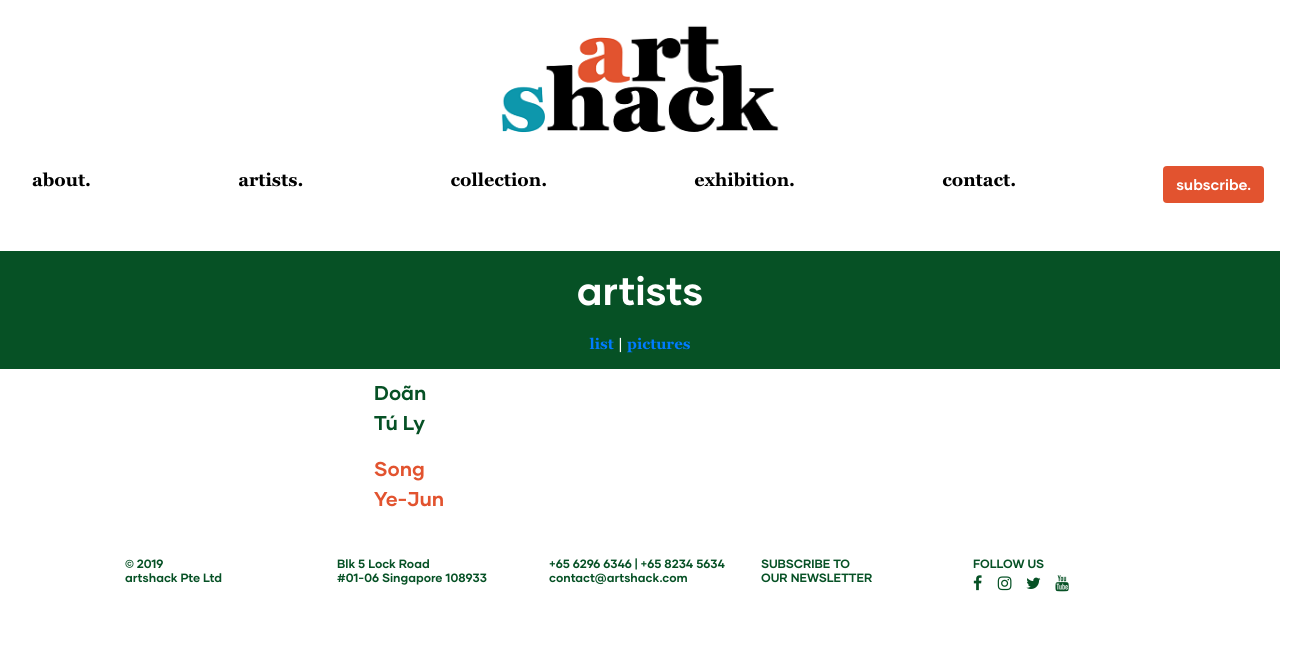
Repository: lynette-lyf/artshack
Page: artists-list.html
The author's editor kept a record of every edit. The page is drawn from the files as they stood at one moment, then again after the next edit.
The browser window is 1280 px wide. The page is 1295 px wide, so the pictures cover 1295 px, including what lies to the right of the window. The pictures show the whole page.

Above is the page before.
Not found: artists.css

### artists-list.html
<!doctype html>
<html lang="en">

<head>
  <!-- Required meta tags -->
  <meta charset="utf-8">
  <meta name="viewport" content="width=device-width, initial-scale=1, shrink-to-fit=no">

  <!-- Bootstrap CSS -->
  <link rel="stylesheet" href="https://stackpath.bootstrapcdn.com/bootstrap/4.3.1/css/bootstrap.min.css" integrity="sha384-ggOyR0iXCbMQv3Xipma34MD+dH/1fQ784/j6cY/iJTQUOhcWr7x9JvoRxT2MZw1T" crossorigin="anonymous">
  <link rel="stylesheet" href="artists.css" />
  <link rel="stylesheet" href="https://cdnjs.cloudflare.com/ajax/libs/font-awesome/4.7.0/css/font-awesome.min.css">
  <link href="https://unpkg.com/aos@2.3.1/dist/aos.css" rel="stylesheet">
  <title>artshack</title>

  <style>
/* font converted using font-converter.net. thank you! */
@font-face {
  font-family: "Georgia-Bold";
  src: url("./fonts/georgiab.eot"); /* IE9 Compat Modes */
  src: url("./fonts/georgiab.eot?#iefix") format("embedded-opentype"), /* IE6-IE8 */
    url("./fonts/georgiab.otf") format("opentype"), /* Open Type Font */
    url("./fonts/georgiab.svg") format("svg"), /* Legacy iOS */
    url("./fonts/georgiab.ttf") format("truetype"), /* Safari, Android, iOS */
    url("./fonts/georgiab.woff") format("woff"), /* Modern Browsers */
    url("./fonts/georgiab.woff2") format("woff2"); /* Modern Browsers */
  font-weight: normal;
  font-style: normal;
}


/* font converted using font-converter.net. thank you! */
@font-face {
  font-family: "GilmerBold";
  src: url("./fonts/GilmerBold.eot"); /* IE9 Compat Modes */
  src: url("./fonts/GilmerBold.eot?#iefix") format("embedded-opentype"), /* IE6-IE8 */
    url("./fonts/GilmerBold.otf") format("opentype"), /* Open Type Font */
    url("./fonts/GilmerBold.svg") format("svg"), /* Legacy iOS */
    url("./fonts/GilmerBold.ttf") format("truetype"), /* Safari, Android, iOS */
    url("./fonts/GilmerBold.woff") format("woff"), /* Modern Browsers */
    url("./fonts/GilmerBold.woff2") format("woff2"); /* Modern Browsers */
  font-weight: normal;
  font-style: normal;
}

    .logo {
      width: 280px;
    }

    /*Custom BootStrap4 CSS Styling credits to Saranya Rajendran @ https://stackoverflow.com/questions/49400853/how-to-change-navbar-hover-color-on-bootstrap-4/49405726*/

    .navbar-light .navbar-brand {
      color: black;
    }

    .navbar-light .navbar-nav .active>.nav-link,
    .navbar-light .navbar-nav .nav-link.active,
    .navbar-light .navbar-nav .nav-link.show,
    .navbar-light .navbar-nav .show>.nav-link {
      color: black;
    }

    .navbar-light .navbar-nav .nav-link {
      color: black;
    }

    .navbar-light .navbar-nav .nav-link-about,
    .navbar-light .navbar-nav .nav-link-artists,
    .navbar-light .navbar-nav .nav-link-collection,
    .navbar-light .navbar-nav .nav-link-exhibition,
    .navbar-light .navbar-nav .nav-link-contact {
      color: black;
    }

    .navbar-light .navbar-nav .nav-link-about:hover,
    .navbar-light .navbar-nav .nav-link-contact:hover {
      color: rgb(13, 151, 172) !important;
      text-decoration: none;
    }

    .navbar-light .navbar-nav .nav-link-artists:hover {
      color: rgb(6, 81, 37) !important;
      text-decoration: none;
    }

    .navbar-light .navbar-nav .nav-link-collection:hover {
      color: rgb(221, 160, 51) !important;
      text-decoration: none;
    }

    .navbar-light .navbar-nav .nav-link-exhibition:hover {
      color: rgb(226, 83, 47) !important;
      text-decoration: none;
    }

    .navbar ul {
      display: flex;
      align-items: stretch;
      /* Default */
      justify-content: space-between;
      width: 100%;
      background: #fff;
      margin: 0;
      padding: 0;
    }

    .navbar li {
      display: block;
      flex: 0 1 auto;
      /* Default */
      list-style-type: none;
      background: #fff;
    }

    .navbar .nav-item-subscribe {
      color: white;
    }

    .navbar {
      font-family: Georgia-Bold;
      color: black;
      font-size: 18px;
    }




    form {
      font-family: GilmerBold;
    }

    .form-group .form-control {
      background-color: rgb(6, 81, 37);
      color: white;
    }

    .btn {
      font-family: GilmerBold;
      font-size: 15px;
      color: white;
      background-color: rgb(226, 83, 47);
    }

    .btn:hover {
      color: white;
      background-color: rgb(13, 151, 172);
    }

    .btn:focus {
      color: orange;
    }

    .box {
      background-color: white;
      color: white;
    }

.container-fluid-footer h3 {
  font-family: GilmerBold;
  font-size: 12px;
  color: rgb(6,81,37);
}

.container-fluid-footer h3 a {
  text-decoration: none;
  color: rgb(6,81,37);
}


.container-fluid-footer #socials a {
  text-decoration: none;
  color: rgb(6,81,37);
  margin: 6px;
}

.container-fluid-footer #socials a:hover,
.container-fluid-footer h3 a:hover,
.container-fluid-footer .newsletter:hover{
  color: rgb(221,160,51);
}

@media (max-width: 1023px) {
  .container-fluid-footer .newsletter { display: none; }
}

.container-fluid-artists {
  background-color: rgb(6,81,37);
}

.container-fluid-artists #artists {
  font-family: GilmerBold;
  font-size: 40px;
  color: white;
}

.container-fluid-artists .row #artistsnav h2 {
  font-family: Georgia-Bold;
  font-size:15px;
  color:white;
}


  </style>

</head>



<header>
  <!--Logo with navigation to Home Page-->
  <div class="container-fluid">
    <div class="logo mx-auto pt-4">
      <a href="index.html"><img class="img-fluid" src="images/logo.png"></img></a>
    </div>

  </div>

  <div class="container-fluid pl-0 pr-0">
    <!--Navbar credits to https://getbootstrap.com/docs/4.3/components/navbar/-->
    <nav class="navbar navbar-expand-lg navbar-light bg-nobg">
      <a class="navbar-brand" href="#"></a>
      <button class="navbar-toggler" type="button" data-toggle="collapse" data-target="#navbarNav" aria-controls="navbarNav" aria-expanded="false" aria-label="Toggle navigation">
    <span class="navbar-toggler-icon"></span>
  </button>
      <div class="collapse navbar-collapse" id="navbarNav">
        <ul class="navbar-nav">
          <li class="nav-item active">
            <a class="nav-link-about" href="about.html">about.</a>
          </li>
          <li class="nav-item">
            <a class="nav-link-artists" href="artists.html">artists.</a>
          </li>
          <li class="nav-item">
            <a class="nav-link-collection" href="index.html#collection">collection.</a>
          </li>
          <li class="nav-item">
            <a class="nav-link-exhibition" href="index.html#current-exhibition">exhibition.</a>
          </li>
          <li class="nav-item">
            <a class="nav-link-contact" href="index.html#contact">contact.</a>
          </li>
          <!--Modal credits to https://mdbootstrap.com/docs/jquery/modals/forms/-->
          <li class="nav-item-subscribe">
            <a class="btn btn-default btn-rounded mb-4" data-toggle="modal" data-target="#modalSubscriptionForm">subscribe.</a>
          </li>
          <div class="modal fade" id="modalSubscriptionForm" tabindex="-1" role="dialog" aria-labelledby="myModalLabel" aria-hidden="true">
            <div class="modal-dialog" role="document">
              <div class="modal-content">
                <div class="modal-header text-center" style="color: white;background-color:rgb(221,160,51);">
                  <h4 class="modal-title">Subscribe to our Newsletter
                    <div style="font-size: 14px">(& get exclusive invitations to
                      <div> our exhibition openings!)</div>
                    </div>
                  </h4>
                  <button type="button" class="close" data-dismiss="modal" aria-label="Close">
          <span aria-hidden="true">&times;</span>
        </button>
                </div>
                <div class="modal-body" style="color: white;background-color:rgb(6,81,37);">
                  <div class="md-form mb-1 mt-2 mx-3">
                    <input type="text" id="form3" class="form-control validate">
                    <label data-error="wrong" data-success="right" for="form3">name</label>
                  </div>

                  <div class="md-form mx-3">
                    <input type="email" id="form2" class="form-control validate">
                    <label data-error="wrong" data-success="right" for="form2">email address</label>
                  </div>

                </div>
                <div class="modal-footer d-flex justify-content-center" style="color: white;background-color:rgb(226,83,47);>
        <button class=" btn btn-indigo ">Subscribe</button>
      </div>
    </div>
  </div>
</div>
        </ul>
      </div>
    </nav>
</header>

<body>
<!--Artists section-->
<div class="container-fluid-artists mt-3">
            <div class="row ">
              <div class="col text-center my-2 mx-3" id="artists">artists</div>
            </div>
            <div class="row">
              <div class="col text-center my-2" id="artistsnav">
              <h2><a href="artists-list.html">list</a> | <a href="artists-pictures.html">pictures</a></h2>
</div>
</div>
</div>

<div class="row justify-content-center">
            <div class="col col-xl-1 col-lg-4 col-md-5 col-sm-12 mx-2 my-2" style="font-family: GilmerBold;font-size: 20px;">
                <a style="color: rgb(6,81,37)" href="doantuly.html" onmouseenter="toggleShow('image1');" onmouseleave="toggleHide('image1');">Doãn Tú Ly</a>
            </div>
            <div class="col col-xl-4 col-lg-5 col-md-6 col-sm-12 mx-2 my-2">
                <img style="display:none;" id="image1" src="images/collage1.png" class="img-fluid" alt="Responsive image">
            </div>
        </div>

<div class="row justify-content-center">
            <div class="col col-xl-1 col-lg-4 col-md-5 col-sm-12 mx-2 my-2" style="font-family: GilmerBold;font-size: 20px;">
                <a style="color: rgb(226,83,47)" href="" onmouseenter="toggleShow('image2');" onmouseleave="toggleHide('image2');">Song Ye-Jun</a>
            </div>
            <div class="col col-xl-4 col-lg-5 col-md-6 col-sm-12 mx-2 my-2">
                <img style="display:none;" id="image2" src="images/collage2.png" class="img-fluid" alt="Responsive image">
            </div>
        </div>

<script>
function toggleShow(elementId) {
  let el = document.getElementById(elementId);
  el.style.display = "block";
}

function toggleHide(elementId) {
  let el = document.getElementById(elementId);
  el.style.display = "none";
}
</script>



</div>
</div>
</div>

                <!-- Optional JavaScript -->
                <!-- jQuery first, then Popper.js, then Bootstrap JS -->
                <script src="https://code.jquery.com/jquery-3.3.1.slim.min.js " integrity="sha384-q8i/X+965DzO0rT7abK41JStQIAqVgRVzpbzo5smXKp4YfRvH+8abtTE1Pi6jizo " crossorigin="anonymous ">
                </script>
                <script src="https://cdnjs.cloudflare.com/ajax/libs/popper.js/1.14.7/umd/popper.min.js " integrity="sha384-UO2eT0CpHqdSJQ6hJty5KVphtPhzWj9WO1clHTMGa3JDZwrnQq4sF86dIHNDz0W1 " crossorigin="anonymous ">
                </script>
                <script src="https://stackpath.bootstrapcdn.com/bootstrap/4.3.1/js/bootstrap.min.js " integrity="sha384-JjSmVgyd0p3pXB1rRibZUAYoIIy6OrQ6VrjIEaFf/nJGzIxFDsf4x0xIM+B07jRM " crossorigin="anonymous ">
                </script>
                <script src="https://unpkg.com/aos@2.3.1/dist/aos.js"></script>
</body>


<footer>

<!--Page footer-->
  <div class="container-fluid-footer">
  <div class="box">&nbsp;</div>
            <div class="row justify-content-center pt-1 mx-1 mt-2 mb-2">
              <div class="column col-xl-2 col-lg-2 col-md-3 col-sm-10">
<h3 class="copyright">© 2019<br>artshack Pte Ltd</h3>
</div>
<div class="column col-xl-2 col-lg-3 col-md-3 col-sm-10">
<h3 class="address">Blk 5 Lock Road<br> #01-06 Singapore 108933</h3>
</div>

<div class="column col-xl-2 col-lg-3 col-md-3 col-sm-10 ">
<h3 class="contactinfo">+65 6296 6346  |  +65 8234 5634<br><a href="mailto:contact@artshack.com">contact@artshack.com</a></h3>
</div>

<div class="column col-xl-2 col-lg-2 col-md-0 col-sm-0">
<h3 class="newsletter"><a data-toggle="modal" data-target="#modalSubscriptionForm">SUBSCRIBE TO<br>OUR NEWSLETTER</h3></a>
</div>

<div class="column col-xl-2 col-lg-2 col-md-3 col-sm-10 " id="socials">
<h3 class="socials" style="padding: 0px; margin: 0px;">FOLLOW US</h3>
  <a style="margin-left:0px;" href="https://www.facebook.com"><i class="fa fa-facebook"></i></a>
  <a style="margin:5px" href="https://www.instagram.com"><i class="fa fa-instagram"></i></a>
  <a style="margin:5px" href="https://www.twitter.com"><i class="fa fa-twitter"></i></a>
  <a style="margin:5px" href="https://www.youtube.com"><i class="fa fa-youtube"></i></a>
</div>

</div>
</div>
</div>





</footer>

</html>

After the next edit:
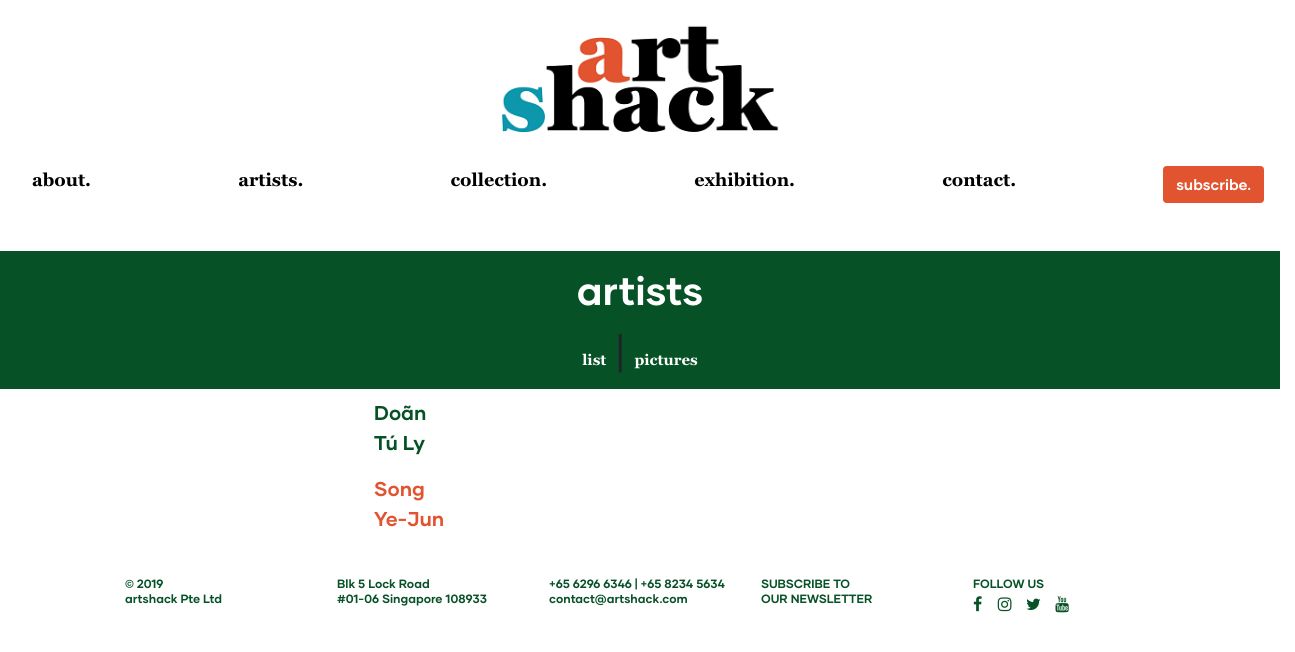
The edit:
--- a/artists-list.html
+++ b/artists-list.html
@@ -193,7 +193,7 @@
   color: white;
 }
 
-.container-fluid-artists .row #artistsnav h2 {
+.container-fluid-artists .row #artistsnav h2 a {
   font-family: Georgia-Bold;
   font-size:15px;
   color:white;

After the 2 edits that followed:
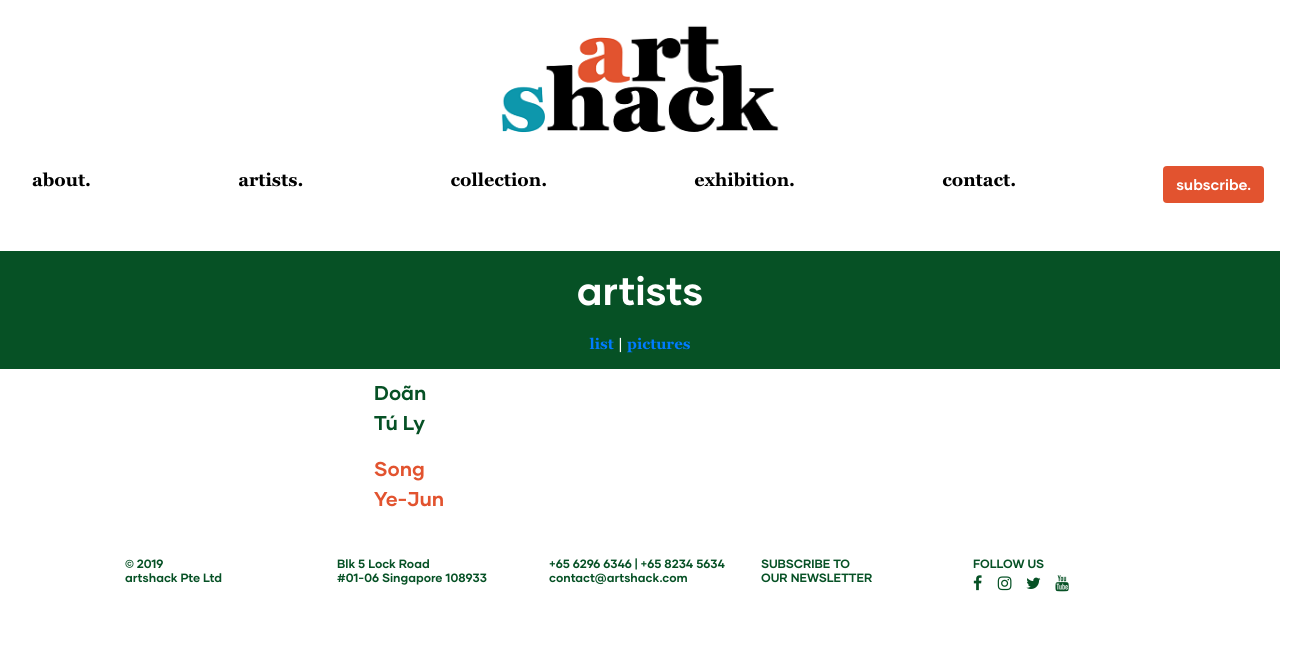
The 2 edits are shown as one change because 1 left the picture as it was.
The edit:
--- a/artists-list.html
+++ b/artists-list.html
@@ -193,10 +193,11 @@
   color: white;
 }
 
-.container-fluid-artists .row #artistsnav h2 a {
+.container-fluid-artists .row #artistsnav h2 {
   font-family: Georgia-Bold;
   font-size:15px;
   color:white;
+  text-decoration:none;
 }
 
 
